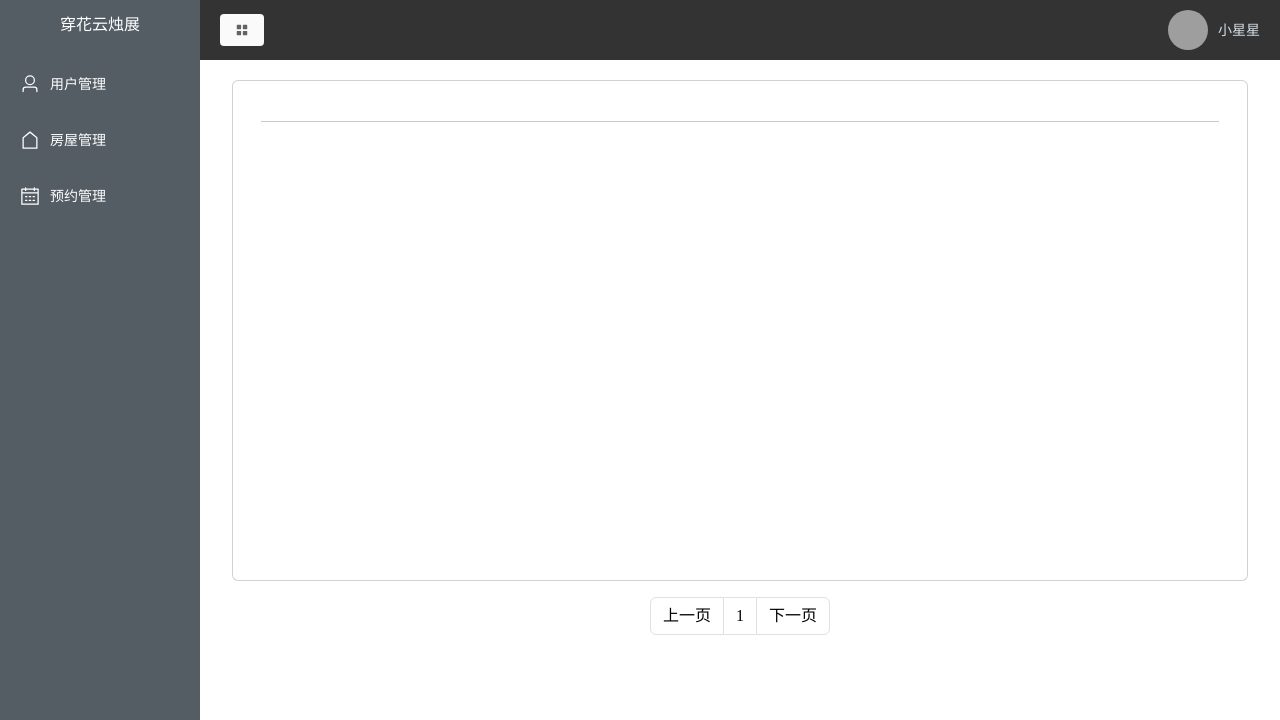
Repository: 3403784285-lucky/test-vue-big
Page: /manager-layout
An editor plug-in stored every save of this project. The page is shown before and after the next save, followed by the edit.
The browser window is 1280 px wide. The pictures show the whole page.
Pictures or frames that could not be fetched are drawn as grey boxes. The page's requests for data from a server got no answer. The project was rebuilt for these pictures with package versions that can differ from the ones it lists, and the page was loaded fresh each time. No one was signed in, and anything a server would have sent is missing. Also part of the build but not shown: vite.config.js, src/components/HelloWorld.vue, src/components/WelcomeItem.vue, src/components/icons/IconDocumentation.vue, src/components/icons/IconTooling.vue, src/components/icons/IconEcosystem.vue, src/components/icons/IconCommunity.vue, src/components/icons/IconSupport.vue and 2 more. Imported but missing from the stored project, and not drawn on this page: src/views/user/UserPassword.vue.

Above is the page before, as saved 2024-06-22 11:39:44.

After the next save:
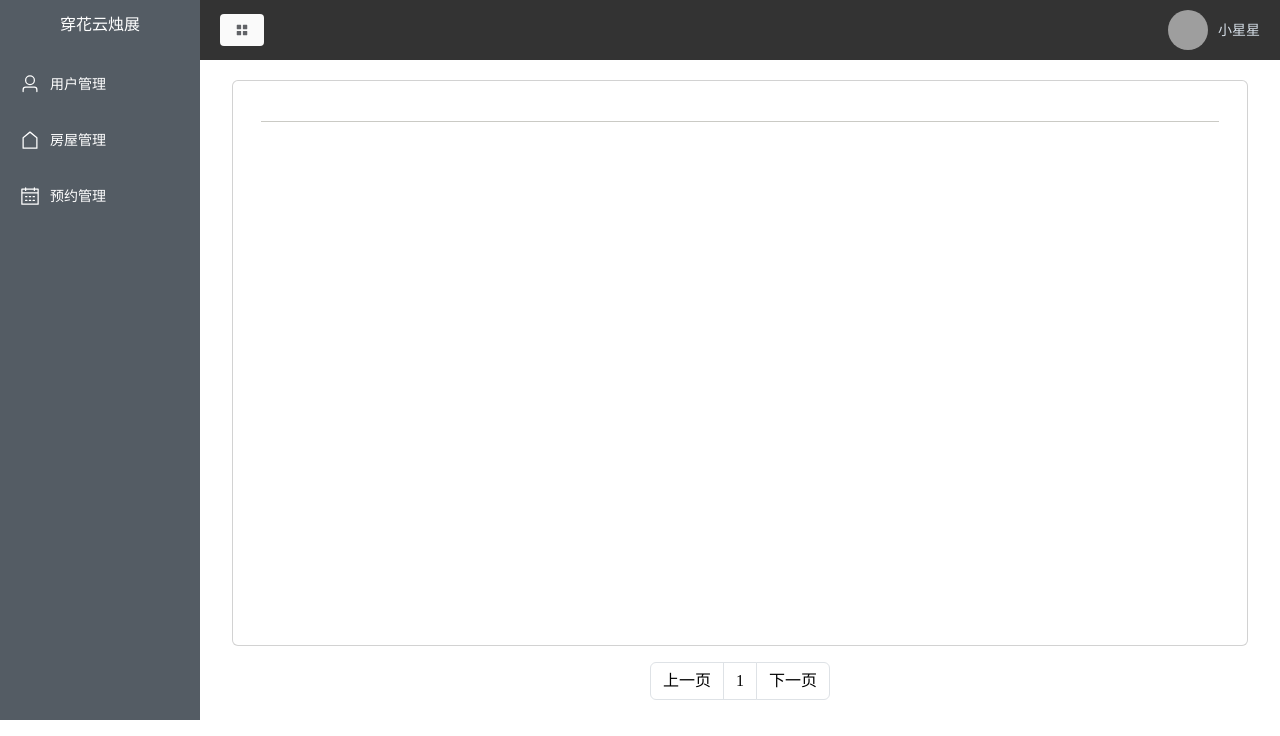
Saved 51 s later.
--- a/src/views/back/HouseManage.vue
+++ b/src/views/back/HouseManage.vue
@@ -861,7 +861,7 @@ const debounceFuncDo = _.debounce((house) => doHouse(house), 500, {
 }
 .manage-frame {
   padding: 1rem;
-  height: 69.6vh;
+  height: 78.6vh;
 }
 .name {
   font-size: 0.9rem;
